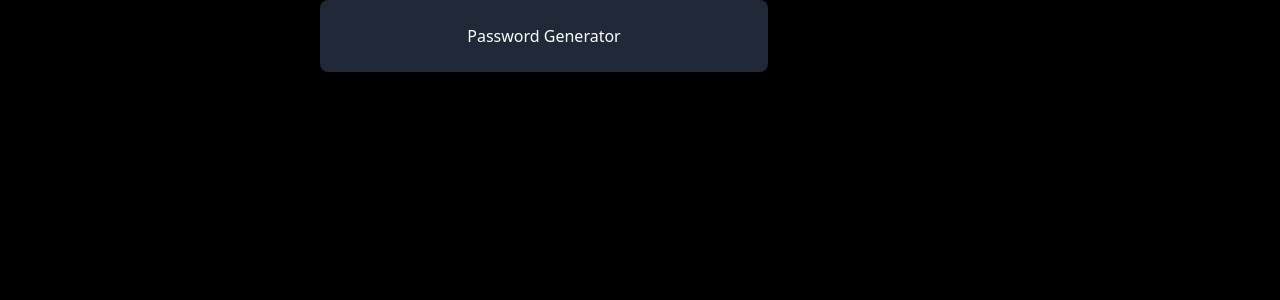
Repository: Abdul-Moeid-Rao/React-Projects
Page: / (app in 05passwordGenrator/)
An editor plug-in stored every save of this project. The page is shown before and after the next save, followed by the edit.
The browser window is 1280 px wide. The pictures show the whole page.
The project was rebuilt for these pictures with package versions that can differ from the ones it lists, and the page was loaded fresh each time. Also part of the build but not shown: 05passwordGenrator/vite.config.js.

Above is the page before, as saved 2024-07-14 21:18:21.

After the next save:
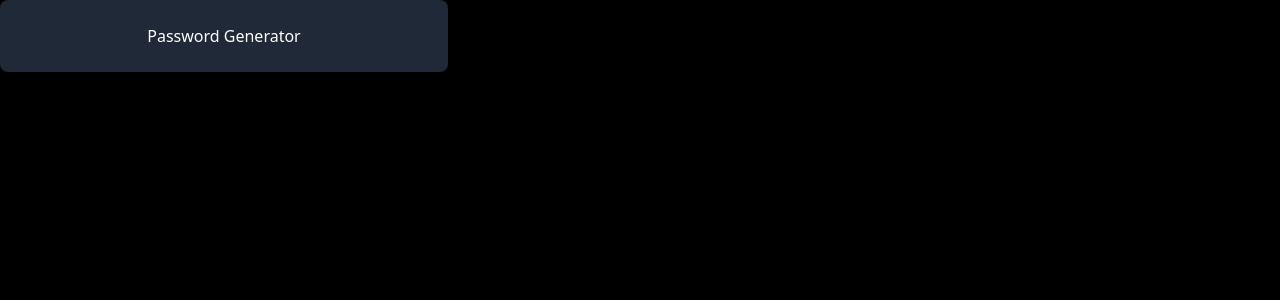
Saved 10 s later.
--- a/05passwordGenrator/src/App.jsx
+++ b/05passwordGenrator/src/App.jsx
@@ -26,7 +26,7 @@ function App() {
   }, [length, number, char, passGenerator])
 
   return (
-    <div className='w-full max-w-md max-auto shadow-md rounded-lg px-4 py-3 mx-80 bg-gray-800 text-orange-500 justify-center'>
+    <div className='w-full max-w-md max-auto shadow-md rounded-lg px-4 py-3 mx-100 bg-gray-800 text-orange-500 justify-center'>
       <h1 className='text-white text-center my-3'>Password Generator</h1>
     </div>
   )
